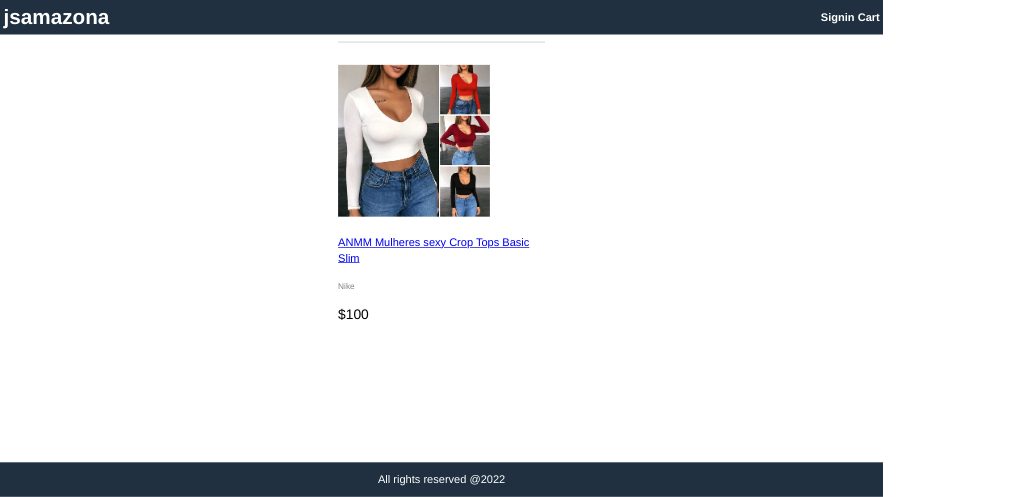
Repository: Mardoqueu/ecommerce-website
Page: jsamazona/frontend/src/index.html
The author's editor kept a copy of each file at every save. The page is drawn from the files as they stood at one save, then again after the next save.
The browser window is 1280 px wide. The page is 1280 px wide, then 1500 px, so the pictures cover 1500 px, including what lies to the right of the window. The pictures show the whole page, at 69% of full size.

Above is the page before, as saved 2022-09-12 10:23:32.

After the next save:
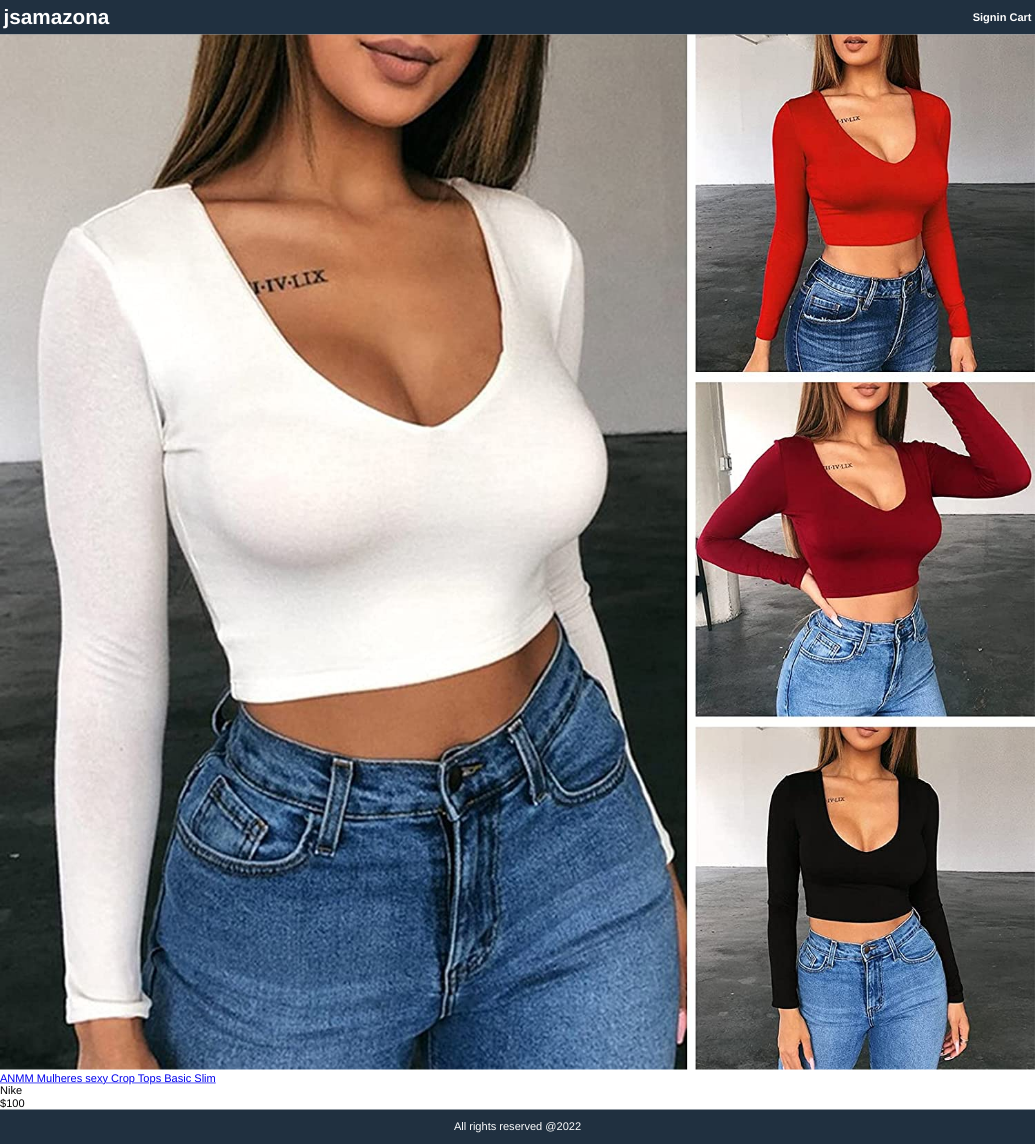
Saved 11 s later.
--- a/jsamazona/frontend/src/style.css
+++ b/jsamazona/frontend/src/style.css
@@ -59,34 +59,3 @@
     margin: 0;
     justify-content: center;
   }
-  .products li {
-    flex: 0 1 30rem;
-    margin: 1rem;
-    margin-bottom: 0;
-    height: 42rem;
-    border-top: 0.2rem #e0e0e0 solid;
-  }
-  .product {
-    display: flex;
-    flex-direction: column;
-    justify-content: space-around;
-    height: 100%;
-  }
-  .product img {
-    max-height: 26rem;
-    max-width: 22rem;
-    margin-top: 2rem;
-  }
-  .product-name {
-    line-height: 2.2rem;
-  }
-  .product-brand {
-    font-size: 1.2rem;
-    color: #808080;
-  }
-  .product-price {
-    font-size: 2rem;
-  }
-  .product-price span {
-    font-size: 1.2rem;
-  }
